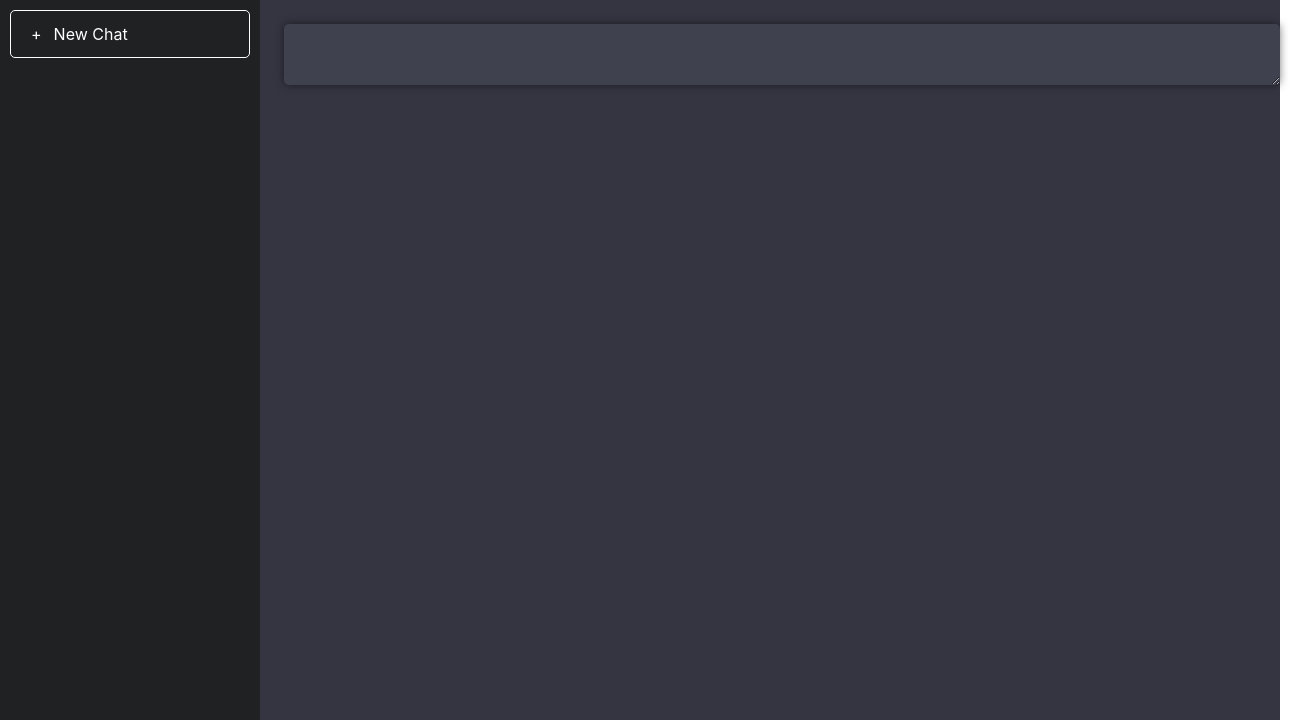
Repository: lancenigel/ChatGPT-Clone
Page: / (app in client/)
These files come from the project's save history. The page is drawn as it stood at one moment and after the next save; the edit follows.
The browser window is 1280 px wide. The page is 1292 px wide, so the pictures cover 1292 px, including what lies to the right of the window. The pictures show the whole page.
The project was rebuilt for these pictures with package versions that can differ from the ones it lists, and the page was loaded fresh each time.

Above is the page before, as saved 2024-02-04 00:30:00.

### client/src/App.js
import logo from "./logo.svg";
import "./App.css";
import "./normalize.css";

function App() {
  return (
    <div className="App">
      <aside className="sidemenu">
        <div className="sidemenu-button">
          <span className="sidemenu-button-span">+</span>
          New Chat
        </div>
      </aside>
      <section className="chatbox">
        <div className="chat-input-holder">
          <textarea className="chat-input-textarea"></textarea>
        </div>
      </section>
    </div>
  );
}

export default App;

### client/src/App.css
.App {
  text-align: center;
  display: flex;
  background-color: #282c34;
  color: white;
  position: absolute;
  top:0;bottom:0;right:0;left:0;
}

.chatbox {
  flex: 1;
  background-color: #343541;
}

.chat-input-holder {
  padding: 12px;

}

.chat-input-textarea{
  background-color: #40414f;
  width: 100%;
  border-radius: 5px;
  padding: 12px;
  color:white;
  border: none;
  margin: 12px;
  outline: none;
  box-shadow: 0 0px 8px 0 rgb(0,0,0, 0.5);
}

.sidemenu {
  width: 260px;
  padding: 10px;
  background-color: #202123;
}

.sidemenu-button {
  border: 1px solid white;
  padding: 14px;
  border-radius: 5px;
  text-align: left;
  transition: ease 0.2s all;
}

.sidemenu-button:hover {
  background-color: rgb(255, 255, 255, 0.1);
}

.sidemenu-button-span{
  padding-left: 6px;
  padding-right: 12px;
}

.App-logo {
  height: 40vmin;
  pointer-events: none;
}

@media (prefers-reduced-motion: no-preference) {
  .App-logo {
    animation: App-logo-spin infinite 20s linear;
  }
}

.App-header {
  background-color: #282c34;
  min-height: 100vh;
  display: flex;
  flex-direction: column;
  align-items: center;
  justify-content: center;
  font-size: calc(10px + 2vmin);
  color: white;
}

.App-link {
  color: #61dafb;
}


@keyframes App-logo-spin {
  from {
    transform: rotate(0deg);
  }
  to {
    transform: rotate(360deg);
  }
}

Loaded but not shown: client/public/index.html (common file); client/src/index.js (common file); client/src/index.css (common file); client/src/reportWebVitals.js (common file); client/src/normalize.css (library)

After the next save:
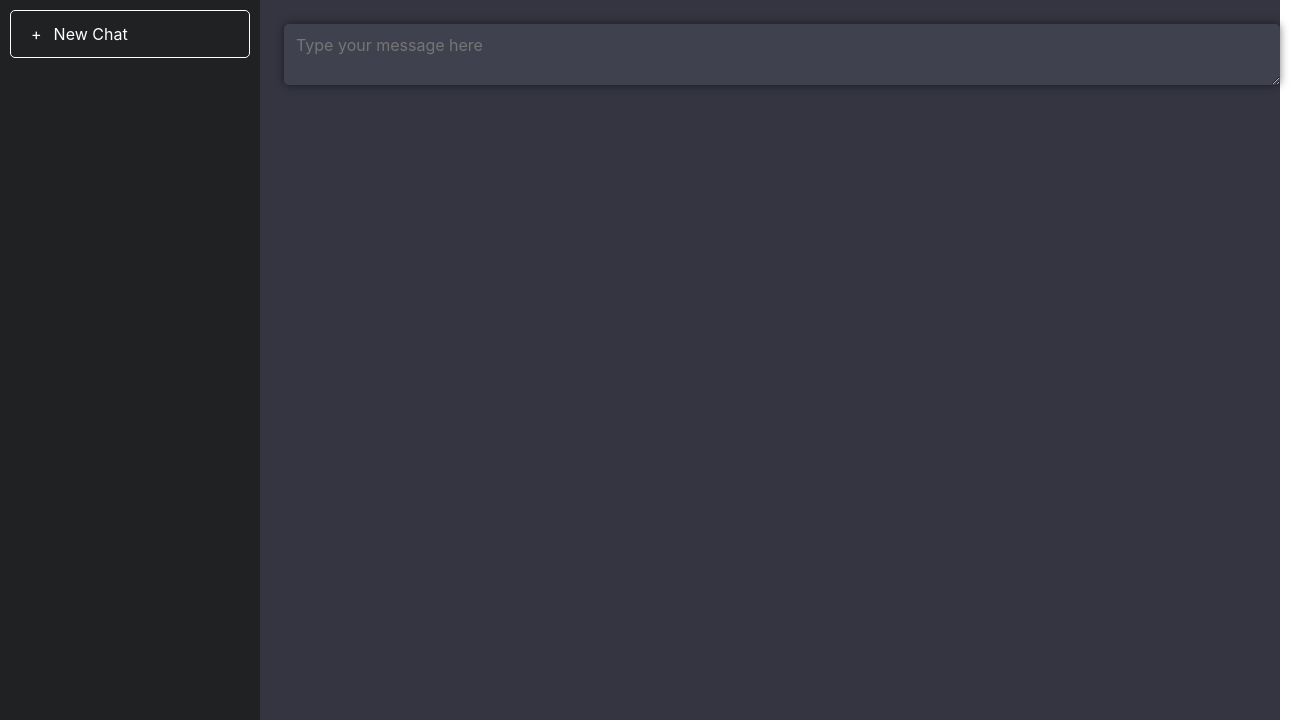
Saved 12 s later.
--- a/client/src/App.js
+++ b/client/src/App.js
@@ -13,7 +13,10 @@
       </aside>
       <section className="chatbox">
         <div className="chat-input-holder">
-          <textarea className="chat-input-textarea"></textarea>
+          <textarea
+            className="chat-input-textarea"
+            placeholder="Type your message here"
+          ></textarea>
         </div>
       </section>
     </div>
